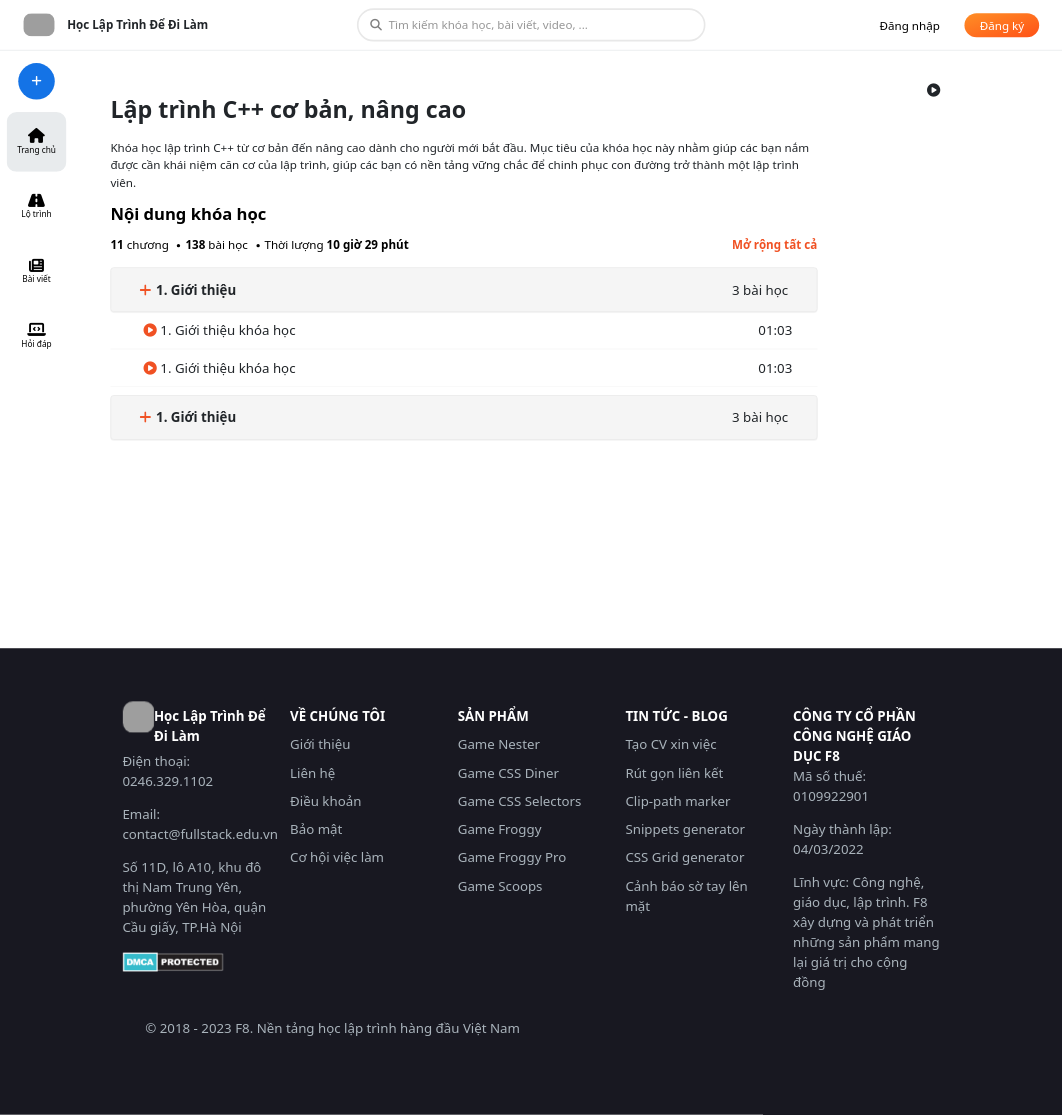
Repository: Quoc-Thang/projectasm
Page: introcourse.html
These files come from the project's save history. The page is drawn as it stood at one moment and after the next save; the edit follows.
The browser window is 1280 px wide. The pictures show the whole page, at 83% of full size.
Pictures or frames that could not be fetched are drawn as grey boxes. Some web libraries are served in a nearby version.

Above is the page before, as saved 2023-11-30 22:19:56.

After the next save:
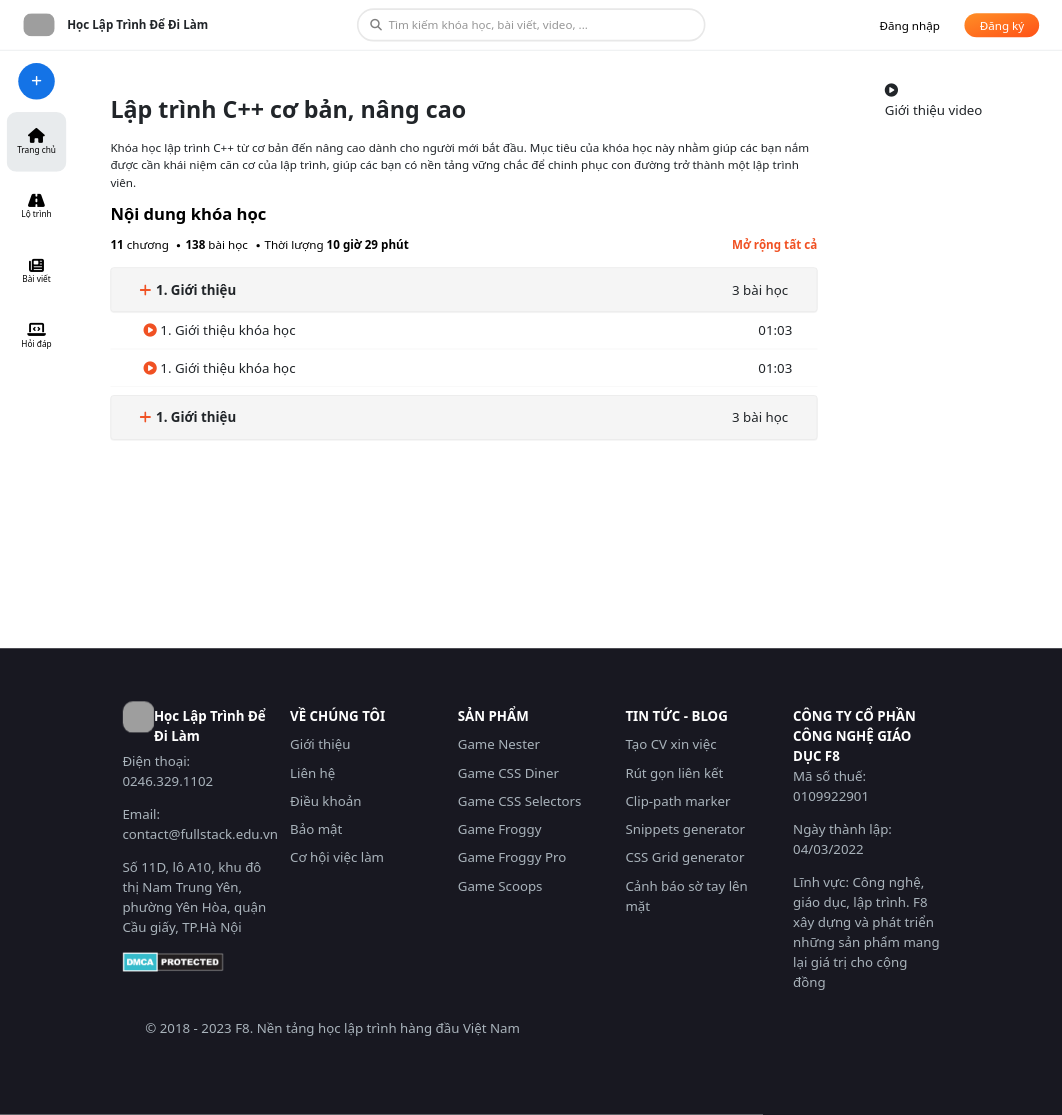
Saved 116 s later.
--- a/introcourse.html
+++ b/introcourse.html
@@ -314,6 +314,7 @@
                   <div class="img-video-course">
                     <i class="fa-solid fa-circle-play"></i>
                   </div>
+                  <p class="see-intro-course">Giới thiệu video</p>
                 </div>
                 <div class="second-intro-video-course"></div>
               </div>
